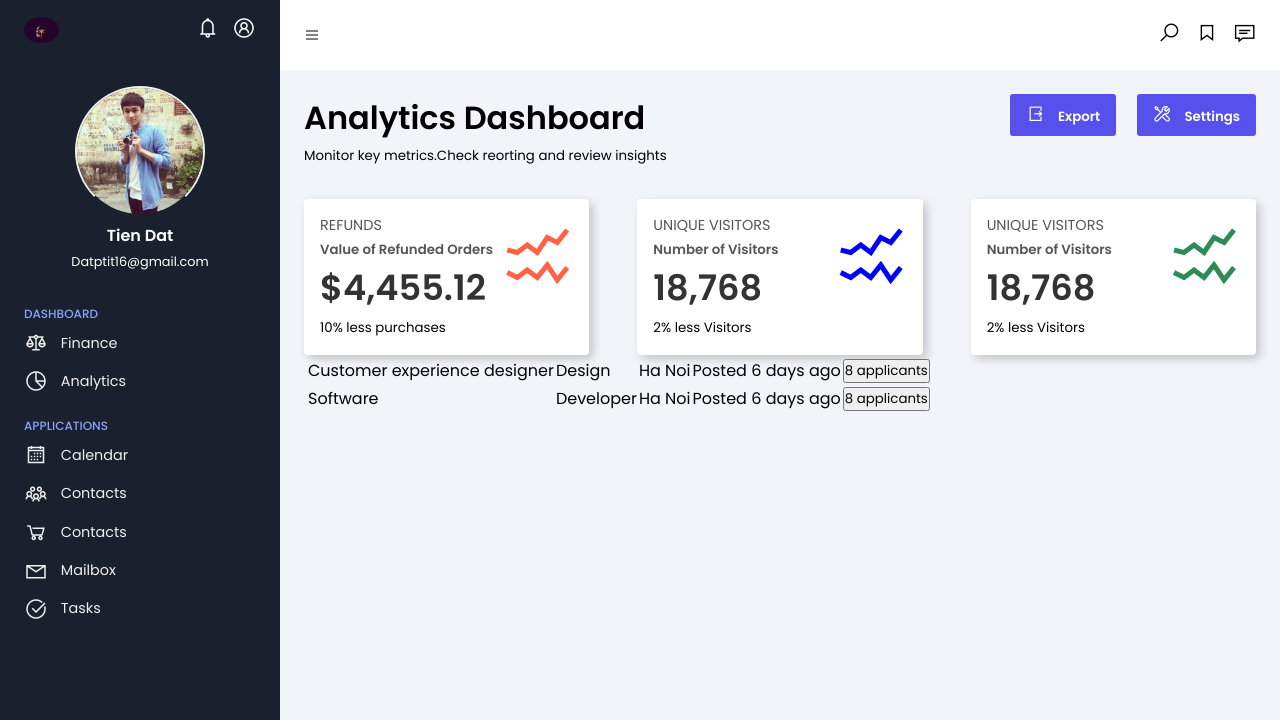
Repository: Datt21/dashboard-fe-project
Page: index.html
An editor plug-in stored every save of this project. The page is shown before and after the next save, followed by the edit.
The browser window is 1280 px wide. The pictures show the whole page.

Above is the page before, as saved 2021-06-08 19:12:45.

After the next save:
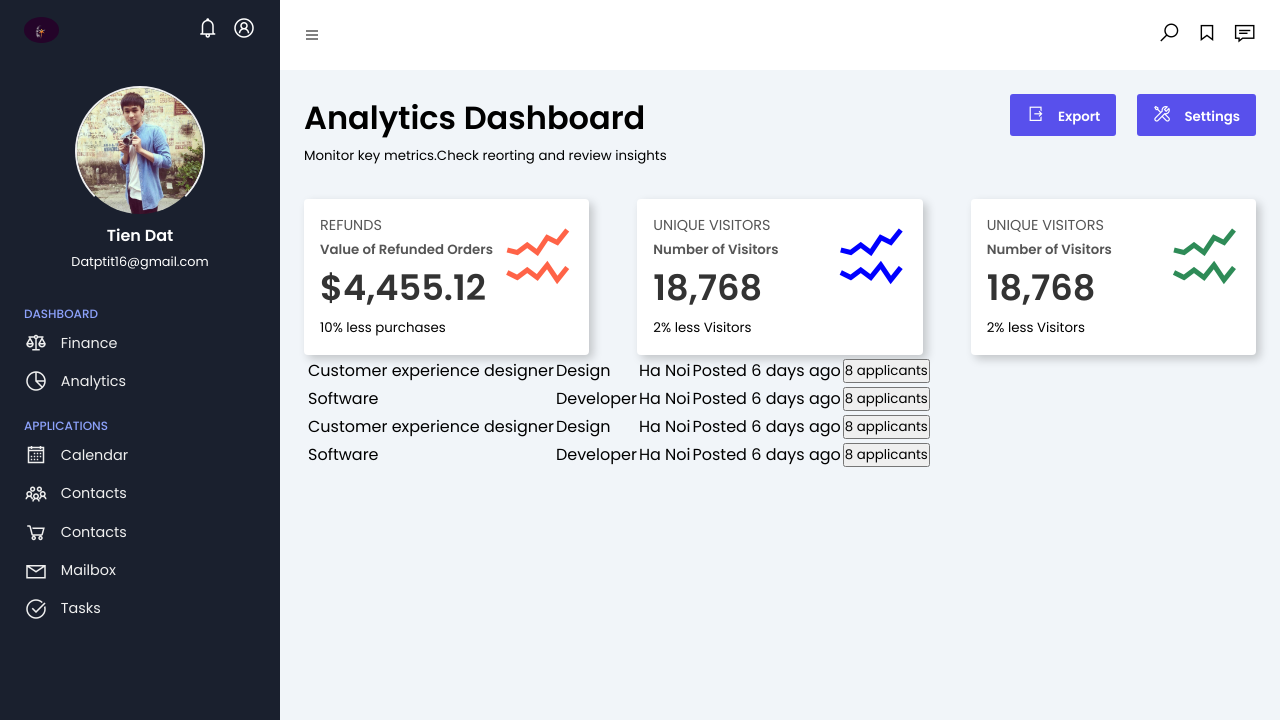
Saved 32 s later.
--- a/index.html
+++ b/index.html
@@ -213,6 +213,30 @@
                                     <button>8 applicants</button>
                                 </td>
                             </tr>
+                            <tr>
+                                <td>
+                                    <span class="indicator"></span>
+                                </td>
+                                <td>Customer experience designer</td>
+                                <td>Design</td>
+                                <td>Ha Noi</td>
+                                <td>Posted 6 days ago</td>
+                                <td>
+                                    <button>8 applicants</button>
+                                </td>
+                            </tr>
+                            <tr>
+                                <td>
+                                    <span class="indicator"></span>
+                                </td>
+                                <td>Software</td>
+                                <td>Developer</td>
+                                <td>Ha Noi</td>
+                                <td>Posted 6 days ago</td>
+                                <td>
+                                    <button>8 applicants</button>
+                                </td>
+                            </tr>
                         </tbody>
                     </table>
                 </div>
